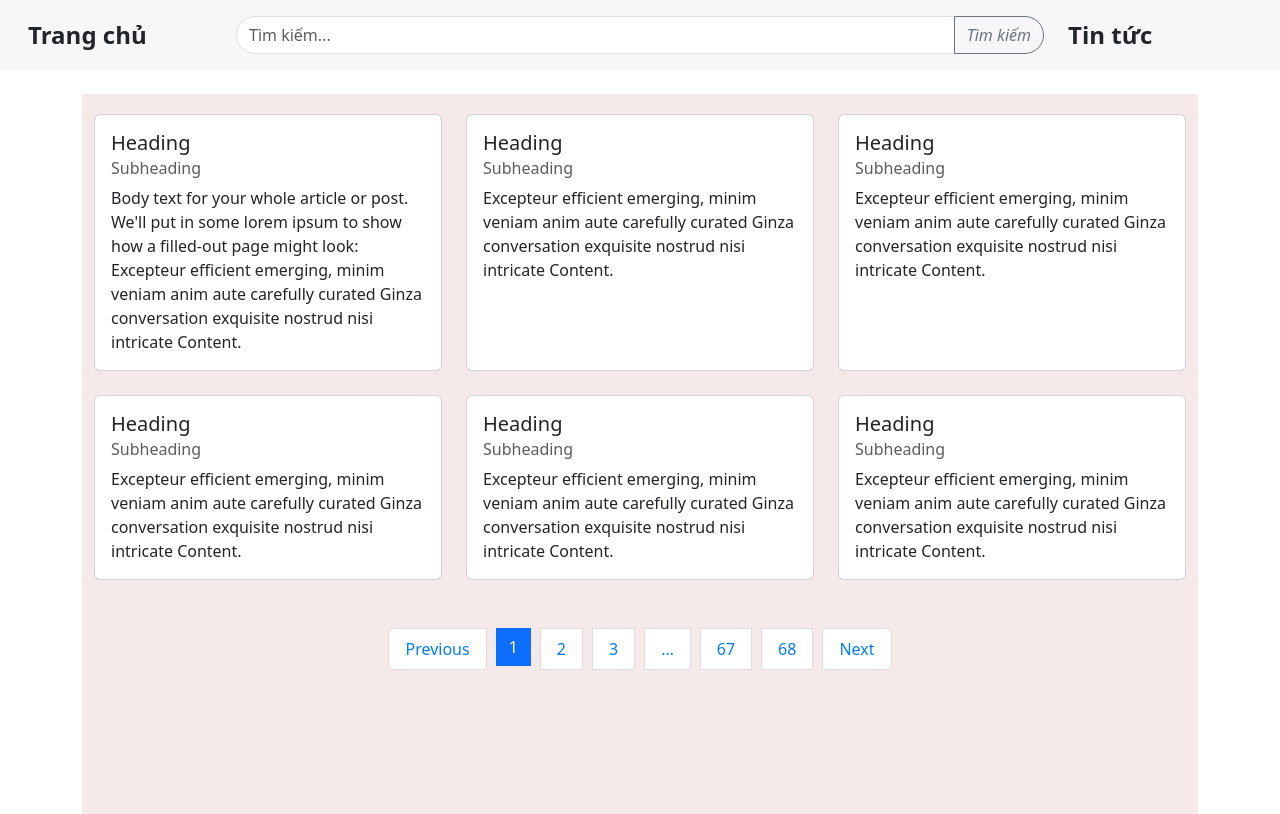
Repository: Minh23122003/qlDuAnPhanMem
Page: /news (app in frontend/)
These files come from the project's save history. The page is drawn as it stood at one moment and after a run of saves; the edit follows.
The browser window is 1280 px wide. The pictures show the whole page.
The project was rebuilt for these pictures with package versions that can differ from the ones it lists, and the page was loaded fresh each time. Also part of the build but not shown: frontend/src/components/Home.js, frontend/src/service/WebSocketService.js, frontend/src/components/Notifications.js, frontend/src/layout/Footer.js, frontend/src/configs/Apis.js, frontend/src/components/Relativeparkcard.js, frontend/src/components/Receipt/ReceiptList.css, frontend/src/components/merchandisecabinet.js and 13 more.

Above is the page before, as saved 2024-09-06 16:50:47.

### frontend/src/index.js
import React from 'react';
import ReactDOM from 'react-dom/client';
import './index.css';
import App from './App';
import reportWebVitals from './reportWebVitals';
import { ToastContainer, toast } from 'react-toastify';
import 'react-toastify/dist/ReactToastify.css';
const root = ReactDOM.createRoot(document.getElementById('root'));
root.render(
    <React.StrictMode>
        <App />
        <ToastContainer
            position="top-center"
            autoClose={5000}
            hideProgressBar={false}
            newestOnTop={false}
            closeOnClick
            rtl={false}
            pauseOnFocusLoss
            draggable
            pauseOnHover
            theme="light"
            transition="Bounce"
        />
    </React.StrictMode>,
);

// If you want to start measuring performance in your app, pass a function
// to log results (for example: reportWebVitals(console.log))
// or send to an analytics endpoint. Learn more: https://bit.ly/CRA-vitals
reportWebVitals()

### frontend/src/index.css
body {
  margin: 0;
  font-family: -apple-system, BlinkMacSystemFont, 'Segoe UI', 'Roboto', 'Oxygen',
    'Ubuntu', 'Cantarell', 'Fira Sans', 'Droid Sans', 'Helvetica Neue',
    sans-serif;
  -webkit-font-smoothing: antialiased;
  -moz-osx-font-smoothing: grayscale;
  background-color: #f8d7da;
}

code {
  font-family: source-code-pro, Menlo, Monaco, Consolas, 'Courier New',
    monospace;
}

### frontend/src/App.js
import { BrowserRouter, Route, Routes, Navigate } from 'react-router-dom';
import Home from './components/Home';
import Footer from './layout/Footer';
import Header from './layout/Header';
import 'bootstrap/dist/css/bootstrap.min.css';
import { Container } from 'react-bootstrap';
import Relativeparkcard from './components/Relativeparkcard';
import MerchandiseCabinet from './components/merchandisecabinet';
import Service from './components/Service';
import Notifications from './components/Notifications';
import ReceiptList from './components/Receipt/ReceiptList';
import Login from './components/Login';
import UserContext from './contexts/UserContext';
import UserReducer from './reducers/UserReducer';
import Cookies from 'js-cookie';
import { useReducer } from 'react';
import Feedback from './components/Feedback';
import Survey from './components/Survey';
import News from './components/News';
import ChatApp from './components/ChatApp/ChatApp';

const App = () => {
    let currentUser = null;
    if (Cookies.get('user')) currentUser = JSON.parse(Cookies.get('user'));

    const [user, dispatch] = useReducer(UserReducer, currentUser);

    return (
        <>
            <UserContext.Provider value={[user, dispatch]}>
                <BrowserRouter>
                    {/* {user && <Header />}   */}
                    { <Header />}
                    <Container>
                        <Routes>
                            <Route path="/" element={ <Home /> } />
                            {/* <Route path="/" element={user ? <Home /> : <Navigate to="/login" />} /> */}
                            <Route path="/login" element={<Login />} />
                            <Route path="/news" element={<News/>} />
                            {/* <Route path="/news" element={user ? <Relativeparkcard /> : <Navigate to="/login" />} /> */}
                            <Route path="/Notifications" element={user ? <Notifications /> : <Navigate to="/login" />} />
                            <Route path="/MerchandiseCabinet" element={user ? <MerchandiseCabinet /> : <Navigate to="/login" />} />
                            <Route path="/Service" element={user ? <Service /> : <Navigate to="/login" />} />
                            <Route path="/ReceiptList" element={user ? <ReceiptList /> : <Navigate to="/login" />} />
                            <Route path="/ChatApp" element={user ? <ChatApp /> : <Navigate to="/login" />} />
                            <Route path="/Feedback" element={user ? <Feedback /> : <Navigate to="/login" />} />
                            <Route path="/Survey" element={user ? <Survey /> : <Navigate to="/login" />} />
                        </Routes>
                    </Container>
                    {/* <Footer /> */}
                </BrowserRouter>
            </UserContext.Provider>
        </>
    );
};

export default App;

### frontend/src/layout/Header.js
import React from 'react';
import { Container, Row, Col, Button, InputGroup, FormControl, Dropdown } from 'react-bootstrap';
import './Header.css';

const Header = () => {
    return (
        <header className="p-3 mb-4">
            <Container fluid>
                <Row className="align-items-center justify-content-between">
                    <Col xs={2}>
                        <h4 className="mb-0">Trang chủ</h4>
                    </Col>

                    <Col xs={8}>
                        <InputGroup>
                            <FormControl placeholder="Tìm kiếm..." aria-label="Search" />
                            <Button variant="outline-secondary">
                                <i className="bi bi-search">Tìm kiếm</i>
                            </Button>
                        </InputGroup>
                    </Col>

                    <Col xs={2}>
                        <h4 className="mb-0">Tin tức</h4>
                    </Col>

                </Row>
            </Container>
        </header>
    );
};

export default Header;

### frontend/src/contexts/UserContext.js
import { createContext, useReducer } from 'react'

export default createContext()

### frontend/src/reducers/UserReducer.js
import Cookies from 'js-cookie'

const UserReducer = (currentState, action) => {
  switch (action.type) {
    case 'login': {
      return { ...action.payload }
    }
    case 'logout':
      Cookies.remove('token')
      Cookies.remove('user')
      return null
  }

  return currentState
}

export default UserReducer

### frontend/src/components/News.js
import React from 'react';
import { Container, Row, Col, Card, Button, Pagination } from 'react-bootstrap';

const NewsPage = () => {
    return (
        <div style={{ backgroundColor: '#f5e9e9', minHeight: '100vh', paddingTop: '20px' }}>
            {/* Content Section with Multiple Cards */}
            <Container>
                <Row>
                    {/* First Card */}
                    <Col md={4} className="mb-4">
                        <Card className="h-100">
                            <Card.Body>
                                <Card.Title>Heading</Card.Title>
                                <Card.Subtitle className="mb-2 text-muted">
                                    Subheading
                                </Card.Subtitle>
                                <Card.Text>
                                    Body text for your whole article or post. We'll put in some
                                    lorem ipsum to show how a filled-out page might look: Excepteur
                                    efficient emerging, minim veniam anim aute carefully curated
                                    Ginza conversation exquisite nostrud nisi intricate Content.
                                </Card.Text>
                            </Card.Body>
                        </Card>
                    </Col>

                    {/* Second Card */}
                    <Col md={4} className="mb-4">
                        <Card className="h-100">
                            <Card.Body>
                                <Card.Title>Heading</Card.Title>
                                <Card.Subtitle className="mb-2 text-muted">
                                    Subheading
                                </Card.Subtitle>
                                <Card.Text>
                                    Excepteur efficient emerging, minim veniam anim aute carefully
                                    curated Ginza conversation exquisite nostrud nisi intricate
                                    Content.
                                </Card.Text>
                            </Card.Body>
                        </Card>
                    </Col>

                    {/* Third Card */}
                    <Col md={4} className="mb-4">
                        <Card className="h-100">
                            <Card.Body>
                                <Card.Title>Heading</Card.Title>
                                <Card.Subtitle className="mb-2 text-muted">
                                    Subheading
                                </Card.Subtitle>
                                <Card.Text>
                                    Excepteur efficient emerging, minim veniam anim aute carefully
                                    curated Ginza conversation exquisite nostrud nisi intricate
                                    Content.
                                </Card.Text>
                            </Card.Body>
                        </Card>
                    </Col>
                </Row>

                <Row>
                    {/* Fourth Card */}
                    <Col md={4} className="mb-4">
                        <Card className="h-100">
                            <Card.Body>
                                <Card.Title>Heading</Card.Title>
                                <Card.Subtitle className="mb-2 text-muted">
                                    Subheading
                                </Card.Subtitle>
                                <Card.Text>
                                    Excepteur efficient emerging, minim veniam anim aute carefully
                                    curated Ginza conversation exquisite nostrud nisi intricate
                                    Content.
                                </Card.Text>
                            </Card.Body>
                        </Card>
                    </Col>

                    {/* Fifth Card */}
                    <Col md={4} className="mb-4">
                        <Card className="h-100">
                            <Card.Body>
                                <Card.Title>Heading</Card.Title>
                                <Card.Subtitle className="mb-2 text-muted">
                                    Subheading
                                </Card.Subtitle>
                                <Card.Text>
                                    Excepteur efficient emerging, minim veniam anim aute carefully
                                    curated Ginza conversation exquisite nostrud nisi intricate
                                    Content.
                                </Card.Text>
                            </Card.Body>
                        </Card>
                    </Col>

                    {/* Sixth Card */}
                    <Col md={4} className="mb-4">
                        <Card className="h-100">
                            <Card.Body>
                                <Card.Title>Heading</Card.Title>
                                <Card.Subtitle className="mb-2 text-muted">
                                    Subheading
                                </Card.Subtitle>
                                <Card.Text>
                                    Excepteur efficient emerging, minim veniam anim aute carefully
                                    curated Ginza conversation exquisite nostrud nisi intricate
                                    Content.
                                </Card.Text>
                            </Card.Body>
                        </Card>
                    </Col>
                </Row>

                {/* Pagination Section */}
                <Row className="mt-4">
                    <Pagination className="justify-content-center">
                        <Pagination.Prev>Previous</Pagination.Prev>
                        <Pagination.Item active>{1}</Pagination.Item>
                        <Pagination.Item>{2}</Pagination.Item>
                        <Pagination.Item>{3}</Pagination.Item>
                        <Pagination.Ellipsis />
                        <Pagination.Item>{67}</Pagination.Item>
                        <Pagination.Item>{68}</Pagination.Item>
                        <Pagination.Next>Next</Pagination.Next>
                    </Pagination>
                </Row>
            </Container>
        </div>
    );
};

export default NewsPage;

### frontend/src/layout/Header.css
/* Header.css */
header {
  background-color: #f7f7f9;
  padding: 20px 0;
}

header h4 {
  font-weight: bold;
}

header button {
  border-radius: 20px; /* Matches the rounded button style */
}

header .form-control {
  border-radius: 20px 0 0 20px; /* Rounded search bar */
}

header .btn-outline-secondary {
  border-radius: 0 20px 20px 0; /* Rounded search button */
}

header .dropdown-toggle {
  border-radius: 20px;
}

header .mr-2 {
  margin-right: 10px;
}

### frontend/src/components/paginate.css
/* styles.css */

.pagination {
    display: flex;
    justify-content: center;
    list-style: none;
    padding: 0;
}

.pagination li {
    margin: 0 5px;
}

.pagination a {
    display: block;
    padding: 8px 16px;
    border: 1px solid #ddd;
    text-decoration: none;
    color: #007bff;
}

.pagination a:hover {
    background-color: #007bff;
    color: white;
}

.pagination .selected a {
    background-color: #007bff;
    color: white;
    border-color: #007bff;
}

.pagination .disabled a {
    color: #6c757d;
    pointer-events: none;
    cursor: default;
}

Loaded but not shown: frontend/public/index.html (common file); frontend/src/reportWebVitals.js (common file)

After the next 2 saves:
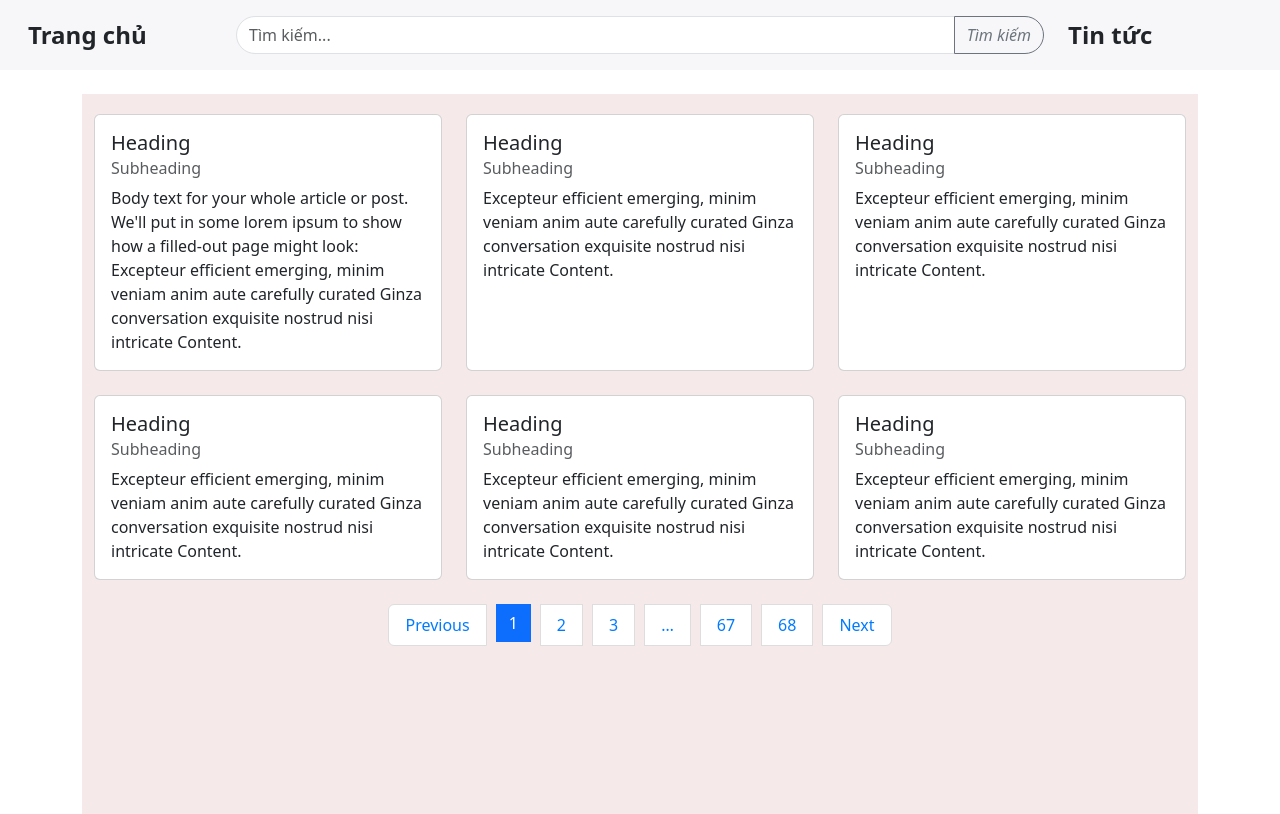
The 2 saves are shown as one change because they came seconds apart.
The last was saved 58 s later.
--- a/frontend/src/components/News.js
+++ b/frontend/src/components/News.js
@@ -113,19 +113,21 @@ const NewsPage = () => {
                     </Col>
                 </Row>
 
-                {/* Pagination Section */}
-                <Row className="mt-4">
-                    <Pagination className="justify-content-center">
-                        <Pagination.Prev>Previous</Pagination.Prev>
-                        <Pagination.Item active>{1}</Pagination.Item>
-                        <Pagination.Item>{2}</Pagination.Item>
-                        <Pagination.Item>{3}</Pagination.Item>
-                        <Pagination.Ellipsis />
-                        <Pagination.Item>{67}</Pagination.Item>
-                        <Pagination.Item>{68}</Pagination.Item>
-                        <Pagination.Next>Next</Pagination.Next>
-                    </Pagination>
-                </Row>
+                {/* Pagination Section - Always at the Bottom */}
+                <Container fluid>
+                    <Row className="mt-auto">
+                        <Pagination className="justify-content-center">
+                            <Pagination.Prev>Previous</Pagination.Prev>
+                            <Pagination.Item active>{1}</Pagination.Item>
+                            <Pagination.Item>{2}</Pagination.Item>
+                            <Pagination.Item>{3}</Pagination.Item>
+                            <Pagination.Ellipsis />
+                            <Pagination.Item>{67}</Pagination.Item>
+                            <Pagination.Item>{68}</Pagination.Item>
+                            <Pagination.Next>Next</Pagination.Next>
+                        </Pagination>
+                    </Row>
+                </Container>
             </Container>
         </div>
     );
